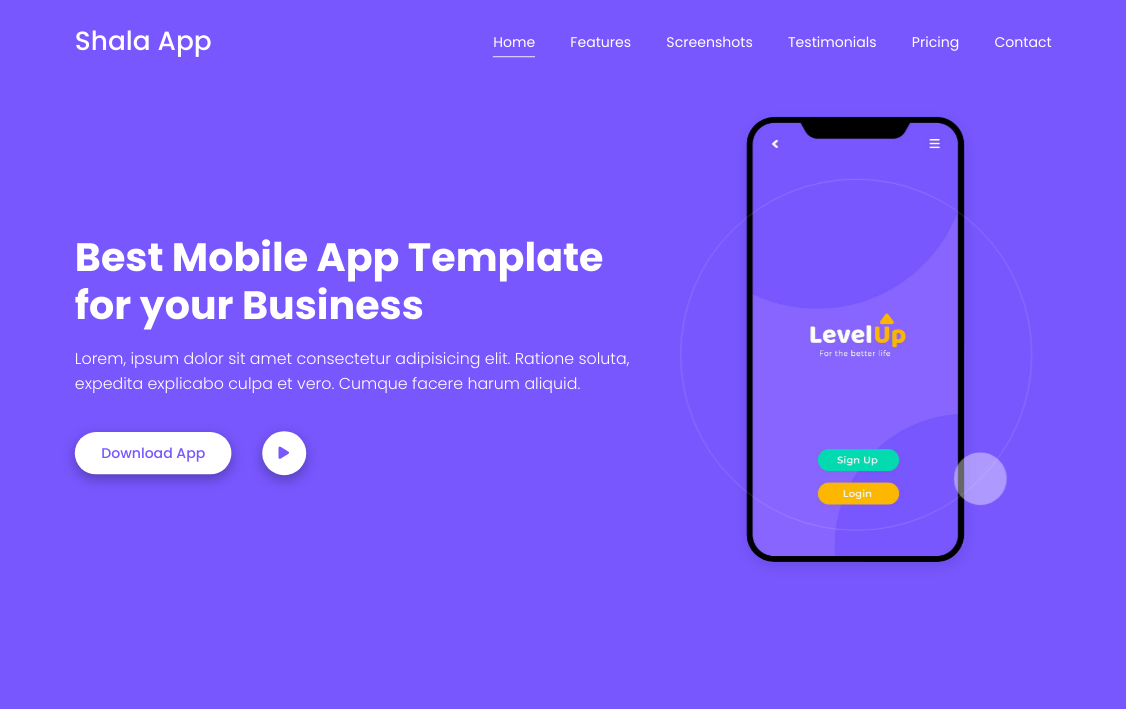
Repository: Mohamed-Hema/Shala-App
Page: index.html
These files come from the project's save history. The page is drawn as it stood at one moment and after the next save; the edit follows.
The browser window is 1280 px wide. The pictures show the whole page, at 88% of full size.
Some web libraries are served in a nearby version.

Above is the page before, as saved 2021-02-13 09:24:20.

### index.html
<!DOCTYPE html>
<html lang="zxx">
<head>
  <title>Shala - App Landing Page</title>
  <meta charset="utf-8">
  <meta name="viewport" content="width=device-width, initial-scale=1">
  <!-- owl carousel css -->
  <link rel="stylesheet" href="css/owl.carousel.min.css">
  <!-- font awesome icons -->
  <script src="https://kit.fontawesome.com/794108ad0e.js" crossorigin="anonymous"></script>
  <!-- bootstrap css -->
  <link rel="stylesheet" href="css/bootstrap.min.css">
  <!-- main css -->
  <link rel="stylesheet" href="css/style.css">
</head>
<body>

  <!-- Start NavBar -->
  <nav class="navbar navbar-expand-md fixed-top">
    <div class="container">
      <!-- Brand -->
      <a class="navbar-brand" href="#">Shala App</a>

      <!-- Toggler/collapsibe Button -->
      <button class="navbar-toggler" type="button" data-toggle="collapse" data-target="#collapsibleNavbar">
        <span class="navbar-toggler-icon"></span>
      </button>

      <!-- Navbar links -->
      <div class="collapse navbar-collapse" id="collapsibleNavbar">
        <ul class="navbar-nav ml-auto">
          <li class="nav-item">
            <a class="nav-link active" href="#">Home</a>
          </li>
          <li class="nav-item">
            <a class="nav-link" href="#">Features</a>
          </li>
          <li class="nav-item">
            <a class="nav-link" href="#">Screenshots</a>
          </li>
          <li class="nav-item">
            <a class="nav-link" href="#">Testimonials</a>
          </li>
          <li class="nav-item">
            <a class="nav-link" href="#">Pricing</a>
          </li>
          <li class="nav-item">
            <a class="nav-link" href="#">Contact</a>
          </li>
        </ul>
      </div>
    </div>
  </nav>

  <!-- End NavBar -->
  <!-- Start Home Section -->
  <section class="home d-flex align-items-center">
    <div class="container">
      <div class="row align-items-center">
        <div class="col-md-7">
          <div class="home-text">
            <h1>Best Mobile App Template for your Business</h1>
            <p>Lorem, ipsum dolor sit amet consectetur adipisicing elit. Ratione soluta, expedita explicabo culpa et vero. Cumque facere harum aliquid.</p>
            <div class="home-btn">
              <a href="#" class="btn btn-1">Download App</a>
              <button type="button" class="btn btn-1 video-play-btn">
                <i class="fas fa-play"></i>
              </button>
            </div>
          </div>
        </div>
        <div class="col-md-5 text-center">
          <div class="home-img">
            <div class="circle"></div>
            <img src="img/app-screenshots/1.png" alt="First App Screen">
          </div>
        </div>
      </div>
    </div>
  </section>
  <!-- End Home Section -->
<!-- jquery js -->
<script src="js/jquery.min.js"></script>
<!-- popper js -->
<script src="js/popper.min.js"></script>
<!-- bootstrap js -->
<script src="js/bootstrap.min.js"></script>
<!-- owl carousel js -->
<script src="js/owl.carousel.min.js"></script>
<!-- ScrollIt js -->
<script src="js/scrollIt.min.js"></script>
<!-- main js -->
<script src="js/main.js"></script>
</body>
</html>

### css/style.css
/* Start Global Styles */
@import url('https://fonts.googleapis.com/css2?family=Poppins:wght@300;400;500;600;700;800;900&display=swap');

*{
    margin: 0;
    padding: 0;
    outline: none!important;
}

:root{
    --main-color: #7857fe;
    --color-1: #e91e63;
    --color-2: #f5ae10;
    --color-3: #09d69c;
    --bg-dark: #2b2c2f;
    --main-to-dark-color: var(--main-color);
    --dark-to-main-color: var(--bg-dark);
    --shadow-black-100: 0 5px 15px rgba(0,0,0,.1);
    --shadow-black-300: 0 5px 15px rgba(0,0,0,.3);
    --black-900: #000;
    --black-400: #555555;
    --black-100: #f7f7f7;
    --black-000: #fff;
    --black-alpha-100: rgba(0,0,0,0.05);
}

body{
    font-family: 'Poppins', sans-serif;
    font-size: 16px;
    font-weight: 400;
    overflow-x: hidden;
    background-color: #fff;
    line-height: 1.5;
}
img{
    max-width: 100%;
    vertical-align: middle;
}
ul{
    list-style: none;
}
.btn-1{
    background-color: #fff;
    padding: 12px 30px;
    border: none;
    border-radius: 30px;
    color: var(--main-color);
    font-size: 16px;
    transition: all .5s ease;
    box-shadow: var(--shadow-black-300);
    font-weight: 500;
}
.btn-1:focus{
    box-shadow: var(--shadow-black-300);
}
.btn-1:hover{
    color: #fff;
    background-color: var(--main-color);
}
@keyframes spin_01{
    0%{
        transform: rotate(0deg);
    }
    100%{
        transform: rotate(360deg);
    }
}
@keyframes bounceTop_01{
    0%, 100%{
        transform: translateY(-30px);
    }
    50%{
        transform: translateY(0px);
    }
}
/* End Global Styles */
/* Start Navbar */
.navbar{
    background-color: var(--main-color);
    padding: 20px 0;
}
.navbar > .container{
    padding: 0 15px;
}
.navbar .navbar-brand{
    font-size: 30px;
    color: #fff;
    font-weight: 500;
}
.navbar .nav-item{
    margin-left: 40px;
}
.navbar .nav-item .nav-link{
    color: #fff;
    font-size: 16px;
    font-weight: 400;
    padding: 5px 0;
    position: relative;
}
.navbar .nav-item .nav-link::before{
    content: '';
    position: absolute;
    left: 0;
    right: 0;
    bottom: 0;
    height: 1px;
    background-color: #fff;
    transition: all .5s ease;
    transform: scale(0);
}
.navbar .nav-item .nav-link.active::before,
.navbar .nav-item .nav-link:hover::before{
    transform: scale(1);
}
.navbar .nav-item .nav-link:hover.active::before{
    transform: scale(0);
}
/* End Navbar */
/* Start Home Section */
.home{
    min-height: 100vh;
    padding: 150px 0;
    background-color: var(--main-to-dark-color);
}
.home-text h1{
    font-size: 45px;
    font-weight: 700;
    color: #fff;
    margin: 0 0 20px;
}
.home-text p{
    font-size: 18px;
    line-height: 28px;
    color: #fff;
    margin: 0;
    font-weight: 300;
}
.home .home-btn{
    margin-top: 40px;
}
.home .home-btn .video-play-btn{
    margin-left: 30px;
    height: 50px;
    width: 50px;
    padding: 0;
}
.home-img img{
    max-width: 250px;
    width: 100%;
    box-shadow: var(--shadow-black-100);
    border-radius: 32px;
    animation: bounceTop_01 3s ease infinite;
}

.home-img{
    position: relative;
}
.home-img .circle{
    position: absolute;
    z-index: 1;
    height: 400px;
    width: 400px;
    border: 1px solid rgba(255, 255, 255, .2);
    border-radius: 50%;
    top: 50%;
    left: 50%;
    transform: translate(-50%, -50%);
}
.home-img .circle::before{
    content: '';
    position: absolute;
    height: 60px;
    width: 60px;
    background-color: rgba(255, 255, 255, .4);
    border-radius: 50%;
    left: 30px;
    top: 30px;
    transform-origin: 170px 170px;
    animation: spin_01 10s linear infinite;
}

/* End Home Section */

Loaded but not shown: css/owl.carousel.min.css (library); css/bootstrap.min.css (library); js/jquery.min.js (library); js/popper.min.js (library); js/bootstrap.min.js (library); js/owl.carousel.min.js (library); js/scrollIt.min.js (common file); js/main.js (no copy from this time; the picture is the same without it)

After the next save:
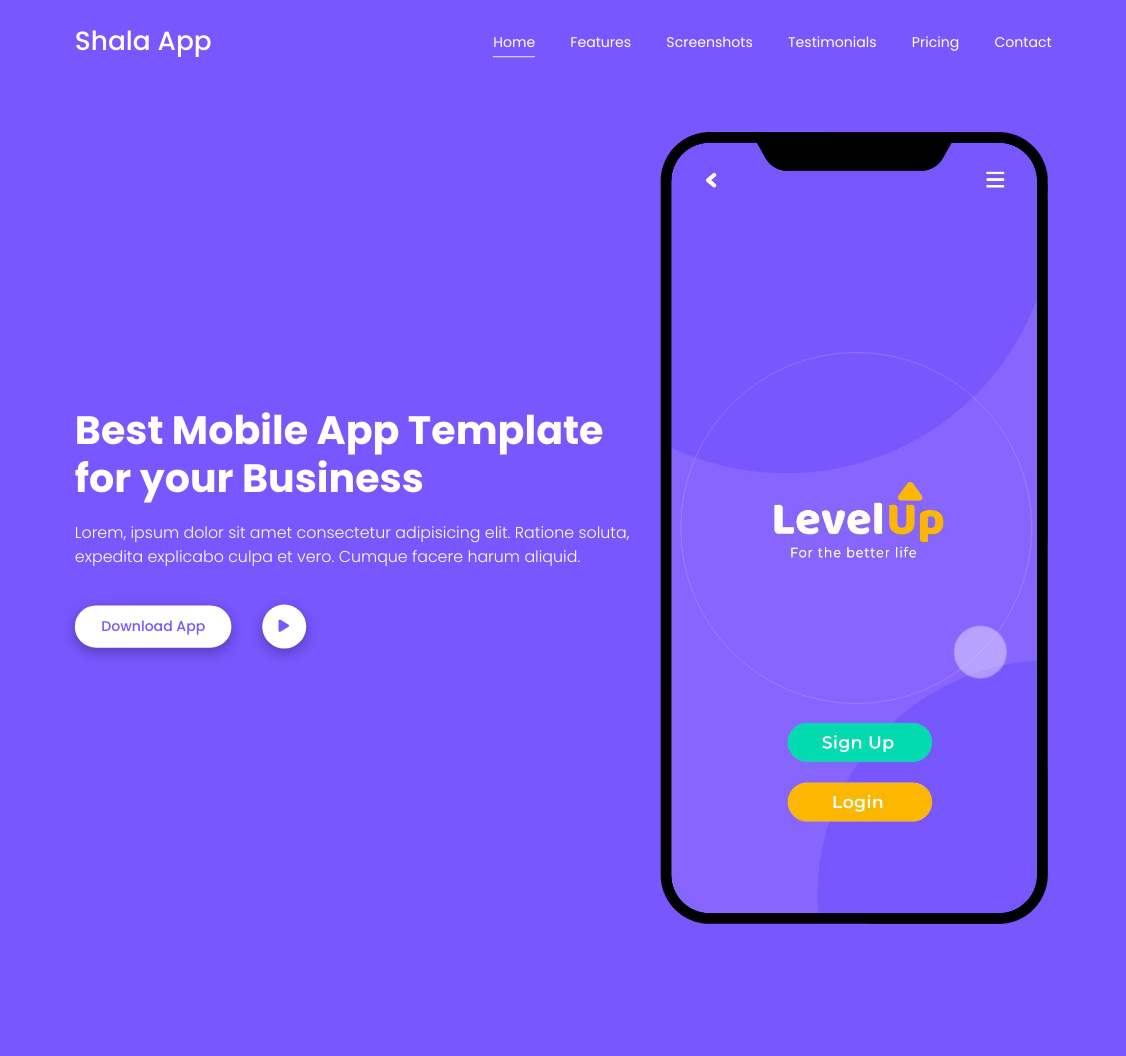
Saved 6 s later.
--- a/css/style.css
+++ b/css/style.css
@@ -144,6 +144,7 @@
     width: 50px;
     padding: 0;
 }
+.home .home-btn .video-play-btn
 .home-img img{
     max-width: 250px;
     width: 100%;

After the save that followed:
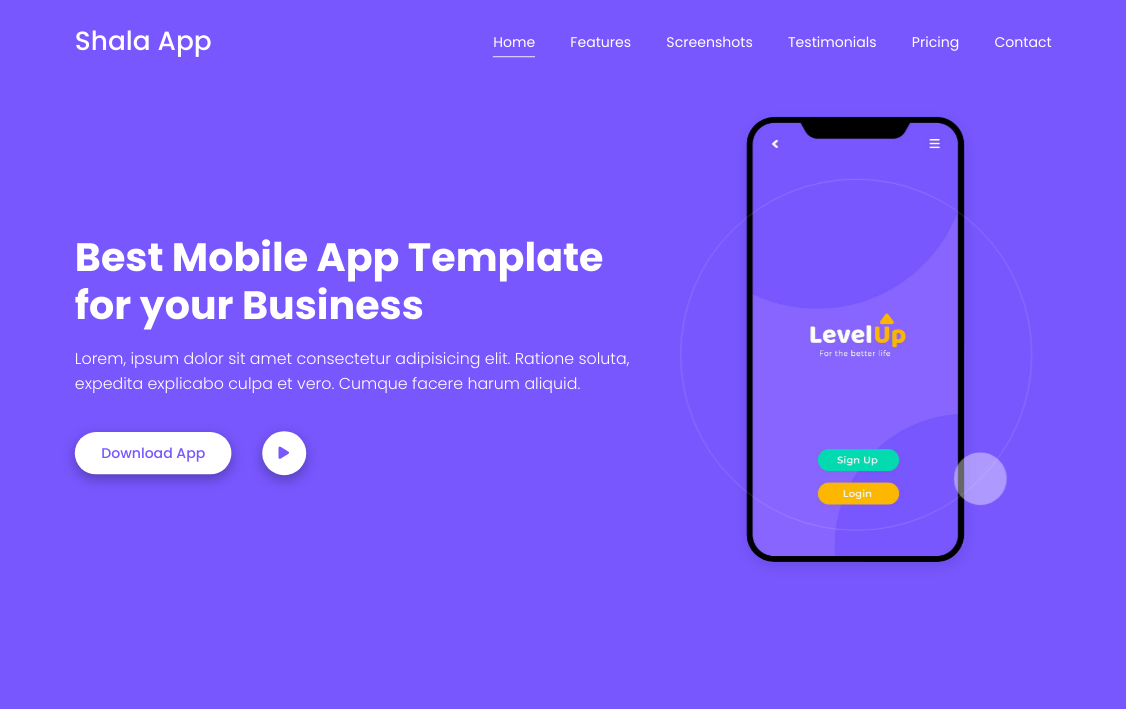
Saved 3 min 53 s later.
--- a/css/style.css
+++ b/css/style.css
@@ -144,7 +144,9 @@
     width: 50px;
     padding: 0;
 }
-.home .home-btn .video-play-btn
+.home .home-btn .video-play-btn i{
+
+}
 .home-img img{
     max-width: 250px;
     width: 100%;
